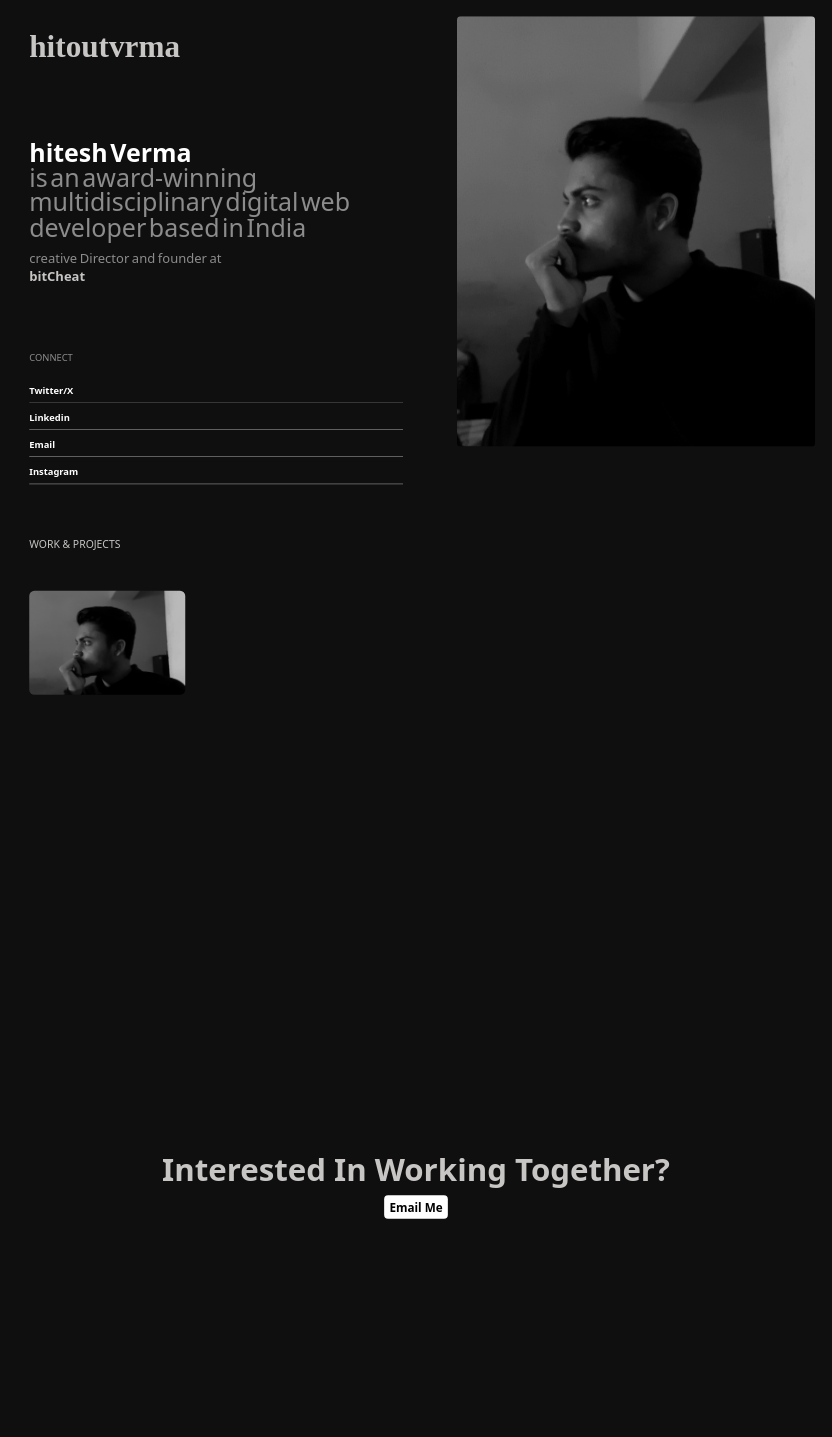
Repository: hitoutvrma/portfolio
Page: /
The author's editor kept a copy of each file at every save. The page is drawn from the files as they stood at one save, then again after the next save.
The browser window is 1280 px wide. The pictures show the whole page, at 65% of full size.
The project was rebuilt for these pictures with package versions that can differ from the ones it lists, and the page was loaded fresh each time. Also part of the build but not shown: vite.config.js.

Above is the page before, as saved 2025-03-08 17:27:05.

After the next save:
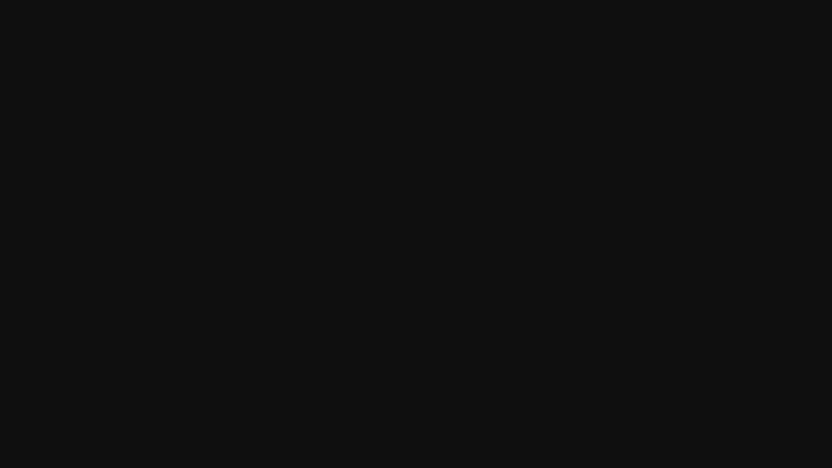
Console error: ReferenceError: smhw is not defined
Saved 23 s later.
--- a/src/Components/Card.jsx
+++ b/src/Components/Card.jsx
@@ -1,7 +1,7 @@
 import { motion, useInView } from "framer-motion";
 import { useRef } from "react";
 
-function Card({ width = "h-18", height = "h-30", name,smhw="h-40 w-60", bgImage }) {
+function Card({ width = "h-18", height = "h-30", name, bgImage }) {
   const ref = useRef(null);
   const isInView = useInView(ref, { once: true, margin: "-50px" });
 

After the 2 saves that followed:
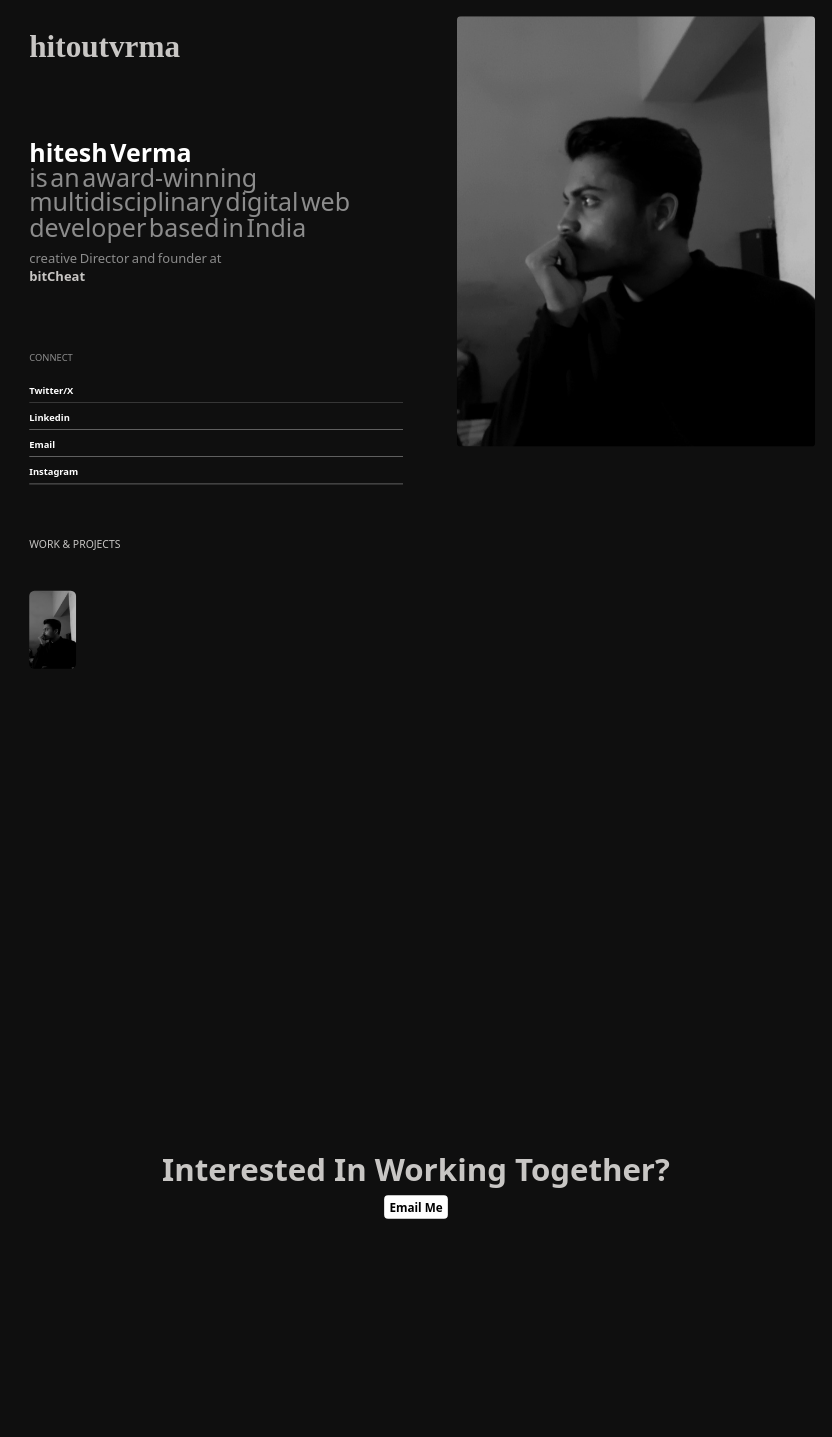
The error is gone.
The 2 saves are shown as one change because they came seconds apart.
The last was saved 6 s later.
--- a/src/Components/Card.jsx
+++ b/src/Components/Card.jsx
@@ -18,7 +18,7 @@ function Card({ width = "h-18", height = "h-30", name,smhw="h-40 w-60", bgImage
         backgroundSize: "cover",
         backgroundPosition: "center"
       }}
-       className={`relative card group bg-amber-300 overflow-hidden rounded-lg  ${width} ${height} ${smhw}`}
+       className={`relative card group bg-amber-300 overflow-hidden rounded-lg  ${width} ${height}  `}
     >
       {/* Name (Hidden initially, appears on hover) */}
       <h1 className="absolute top-2 left-2 text-white text-[1.9vh] opacity-0 -translate-y-4 transition-all duration-300 group-hover:opacity-100 group-hover:translate-y-0">
